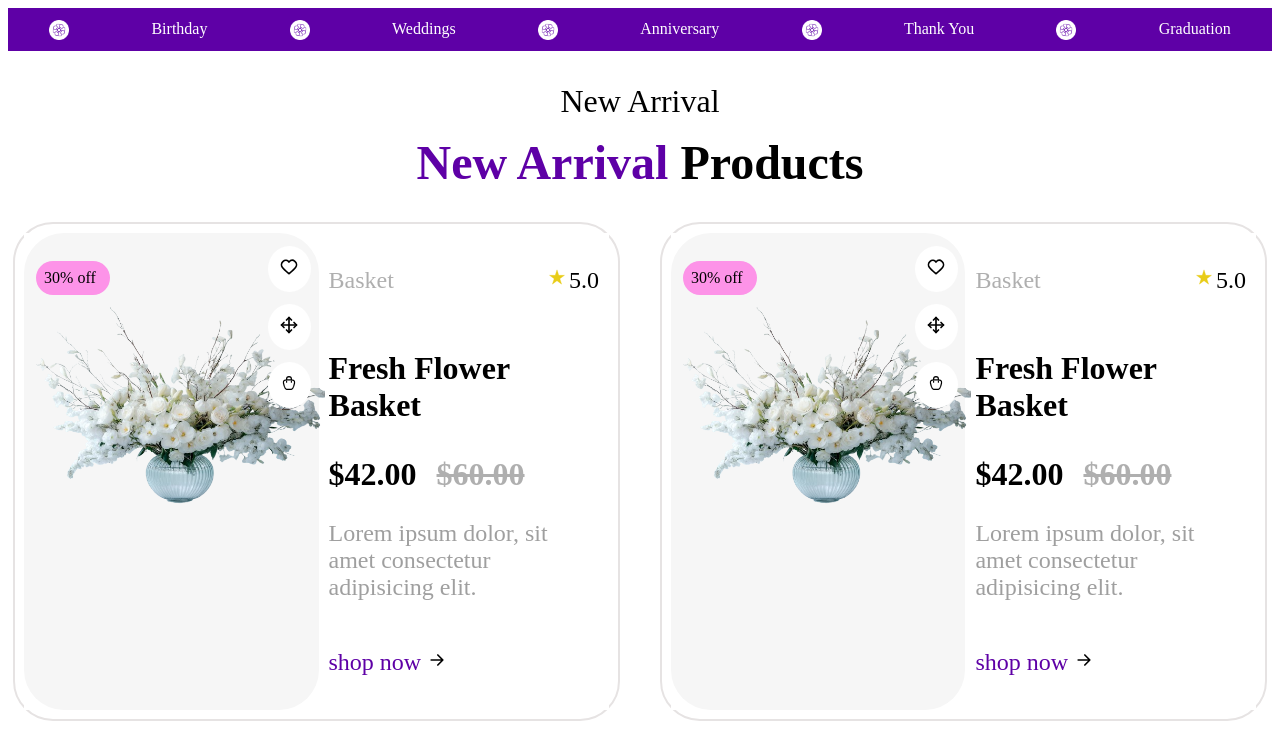
Repository: KolawoleTemilade/classroom-learning
Page: newarrival/index.html
The author's editor kept a copy of each file at every save. The page is drawn from the files as they stood at one save, then again after the next save.
The browser window is 1280 px wide. The pictures show the whole page.

Above is the page before, as saved 2025-10-02 00:46:28.

After the next save:
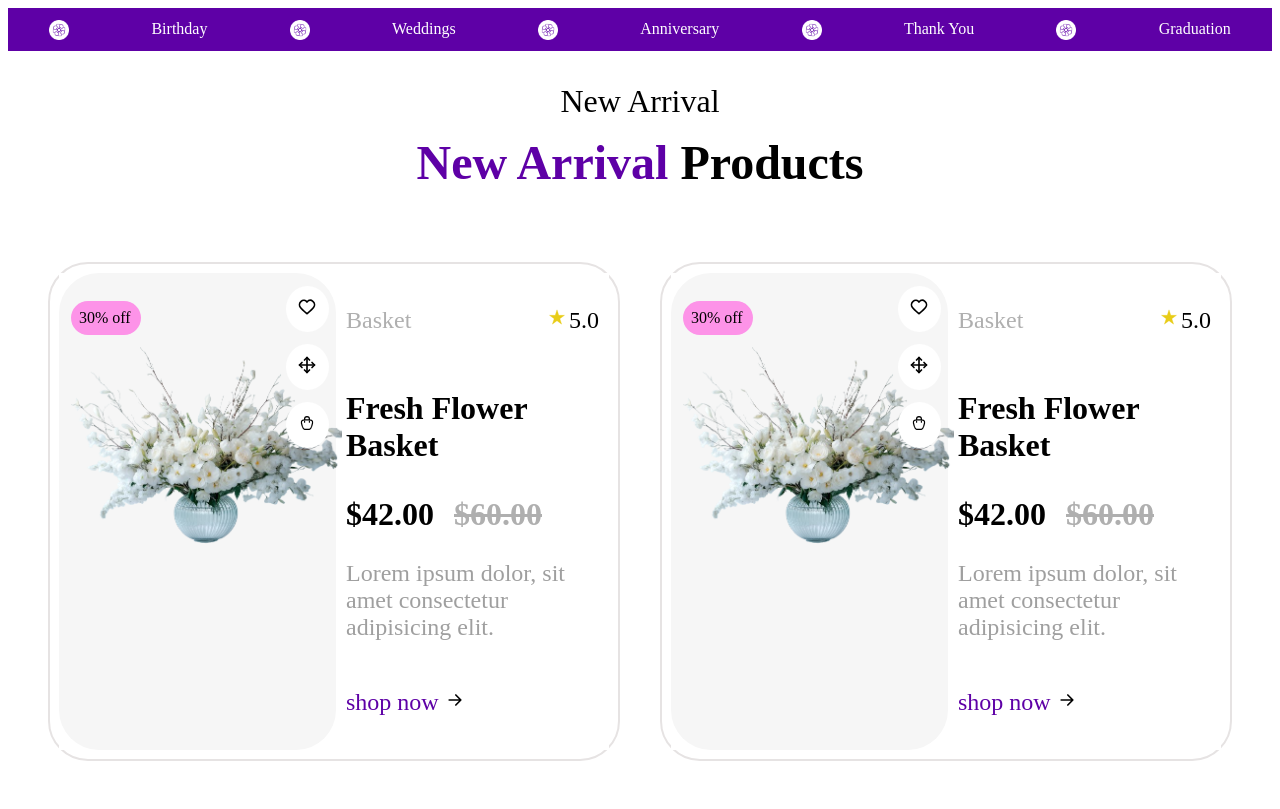
Saved 5 s later.
--- a/newarrival/style.css
+++ b/newarrival/style.css
@@ -42,7 +42,7 @@
 .card-sec {
   display: flex;
   gap:40px;
-  padding: auto;
+  padding: 40px
 }
 .new-arrival-product-card {
   width: 100%;

After the save that followed:
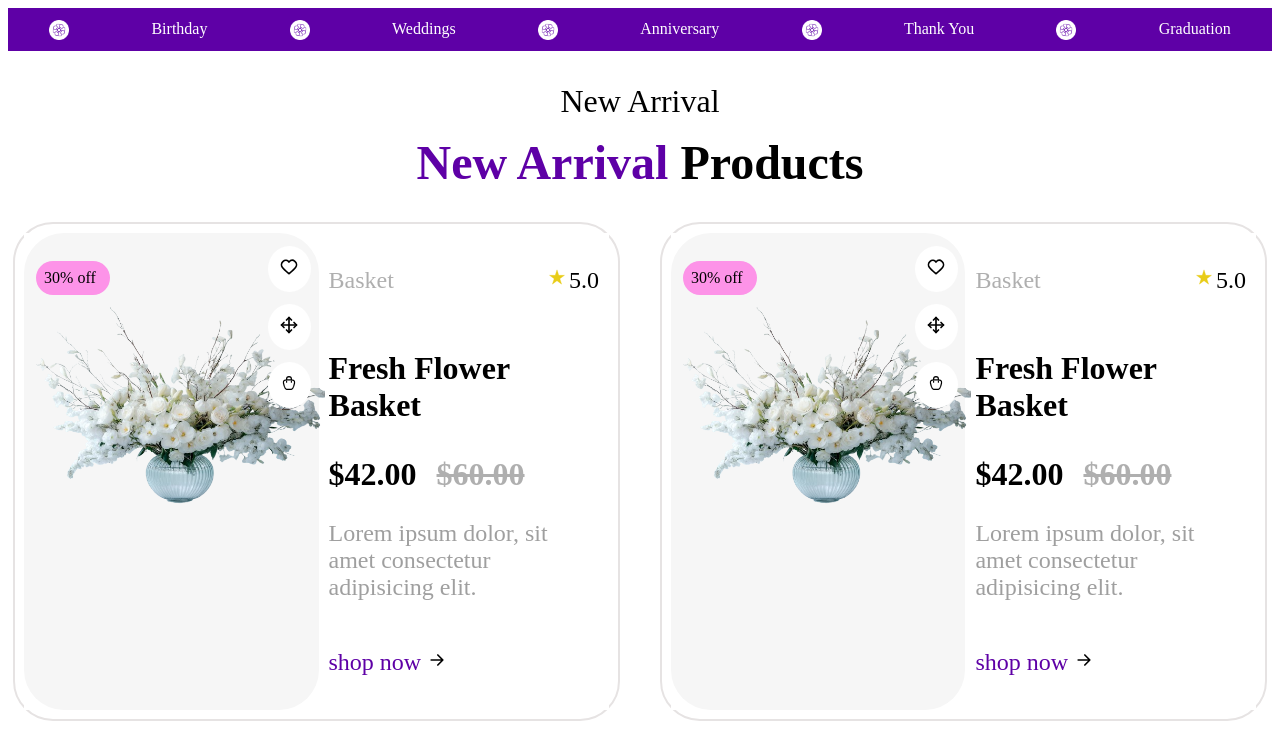
Saved 5 s later.
--- a/newarrival/style.css
+++ b/newarrival/style.css
@@ -42,7 +42,7 @@
 .card-sec {
   display: flex;
   gap:40px;
-  padding: 40px
+  padding: auto;
 }
 .new-arrival-product-card {
   width: 100%;
